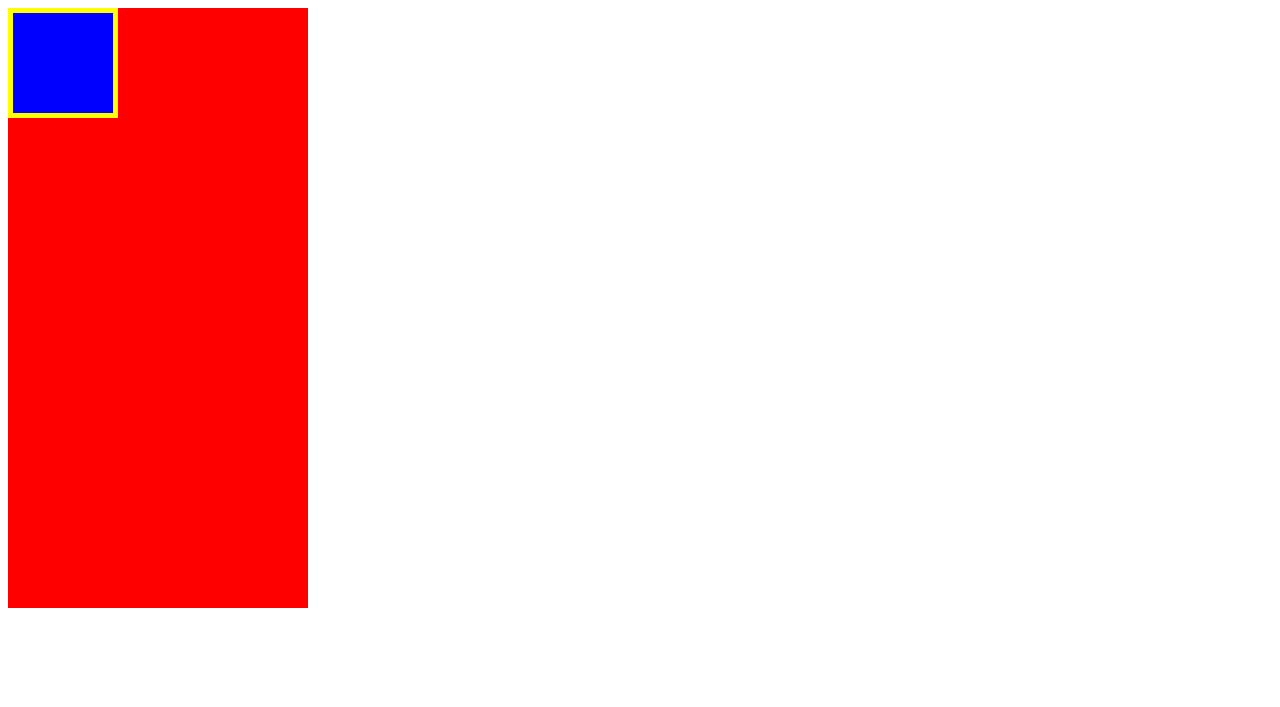
Repository: Souax/prac_20231021
Page: box/box.html
The author's editor kept a record of every edit. The page is drawn from the files as they stood at one moment, then again after the next edit.
The browser window is 1280 px wide. The pictures show the whole page.

Above is the page before.

After the next edit:
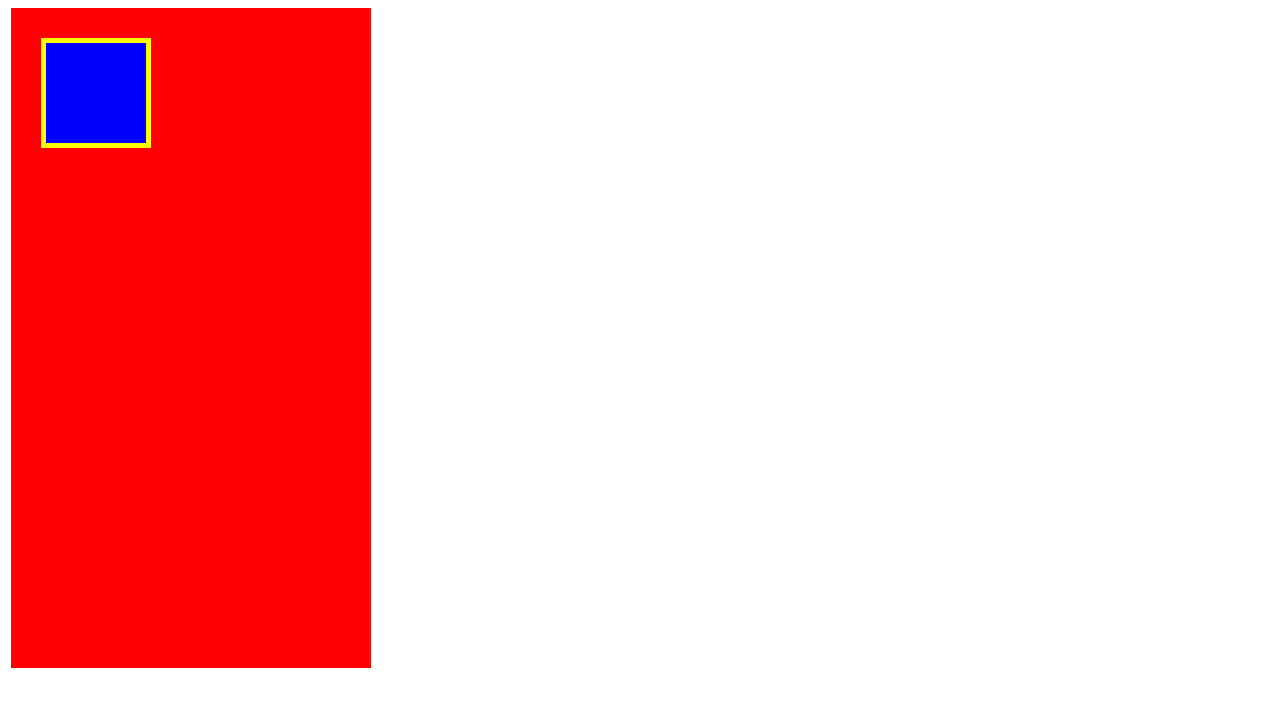
The edit:
--- a/box/box.css
+++ b/box/box.css
@@ -2,6 +2,8 @@
   width:300px;
   height:600px;
   background-color:red;
+  margin:3px;
+  padding:30px;
 }
 
 .box2{
